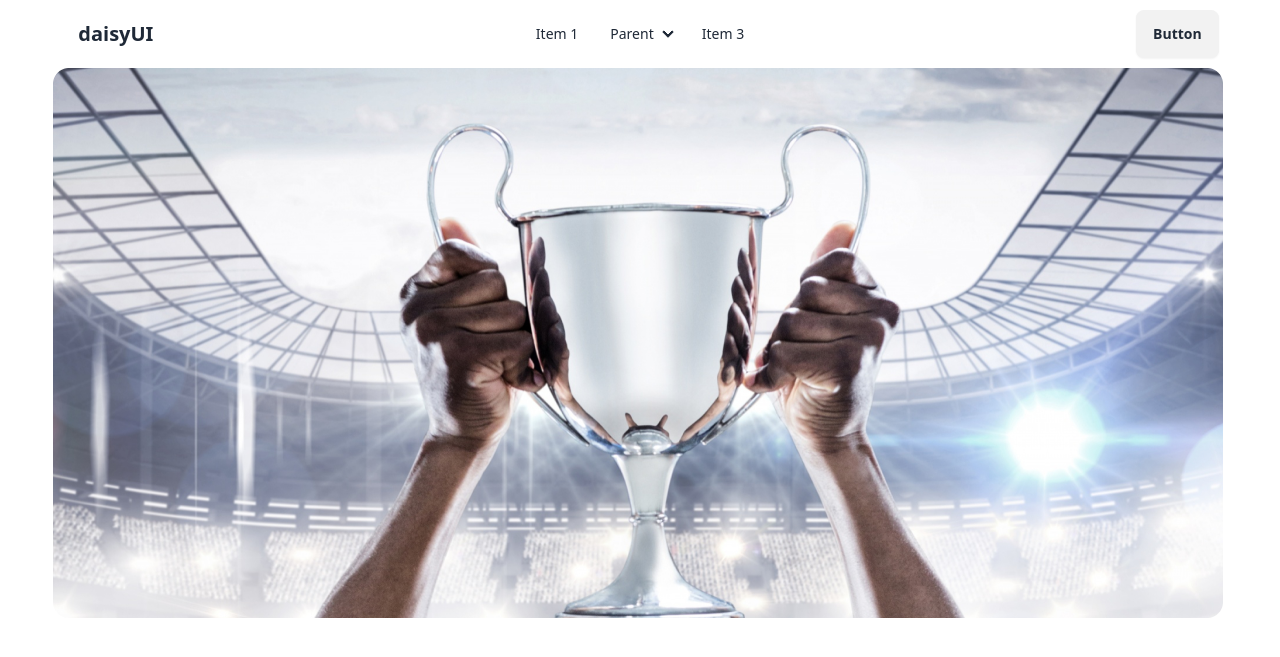
Repository: sumonkumarsarkar/bd-hockeys-team
Page: index.html
An editor plug-in stored every save of this project. The page is shown before and after the next save, followed by the edit.
The browser window is 1280 px wide. The pictures show the whole page.
Some web libraries are served in a nearby version.

Above is the page before, as saved 2024-01-23 10:15:06.

After the next save:
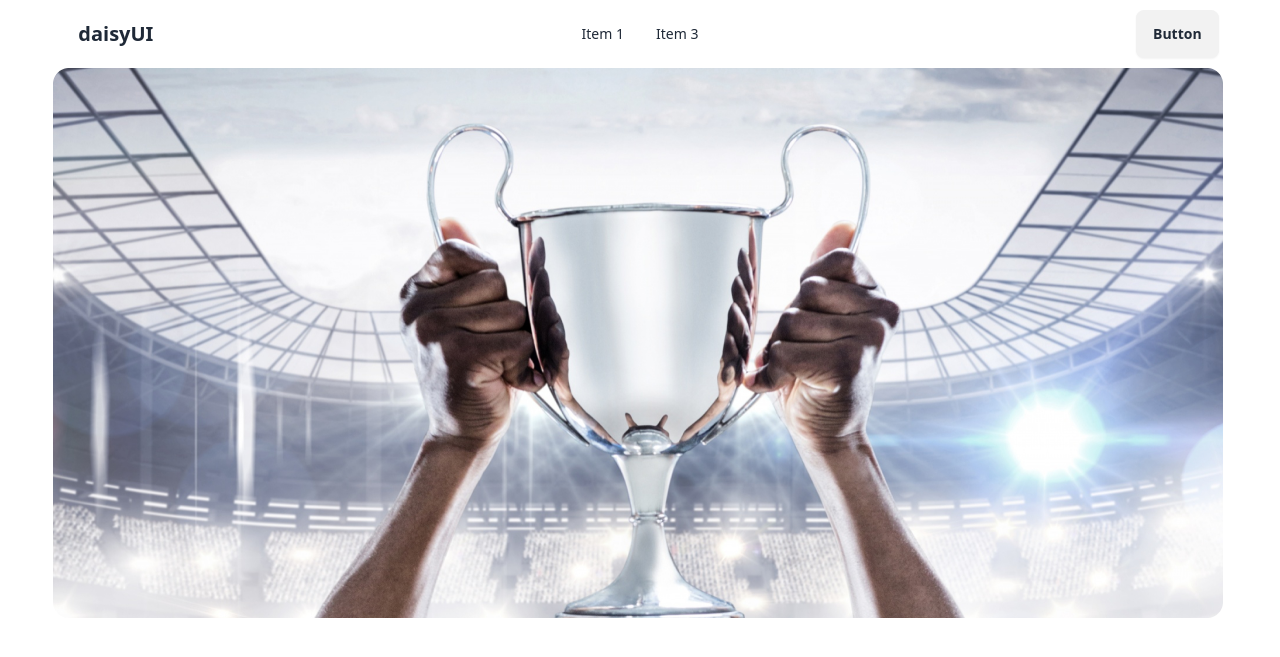
Saved 81 s later.
--- a/index.html
+++ b/index.html
@@ -21,13 +21,7 @@
                     </div>
                     <ul tabindex="0" class="menu menu-sm dropdown-content mt-3 z-[1] p-2 shadow bg-base-100 rounded-box w-52">
                       <li><a>Item 1</a></li>
-                      <li>
-                        <a>Parent</a>
-                        <ul class="p-2">
-                          <li><a>Submenu 1</a></li>
-                          <li><a>Submenu 2</a></li>
-                        </ul>
-                      </li>
+
                       <li><a>Item 3</a></li>
                     </ul>
                   </div>
@@ -36,15 +30,7 @@
                 <div class="navbar-center hidden lg:flex">
                   <ul class="menu menu-horizontal px-1">
                     <li><a>Item 1</a></li>
-                    <li>
-                      <details>
-                        <summary>Parent</summary>
-                        <ul class="p-2">
-                          <li><a>Submenu 1</a></li>
-                          <li><a>Submenu 2</a></li>
-                        </ul>
-                      </details>
-                    </li>
+
                     <li><a>Item 3</a></li>
                   </ul>
                 </div>
